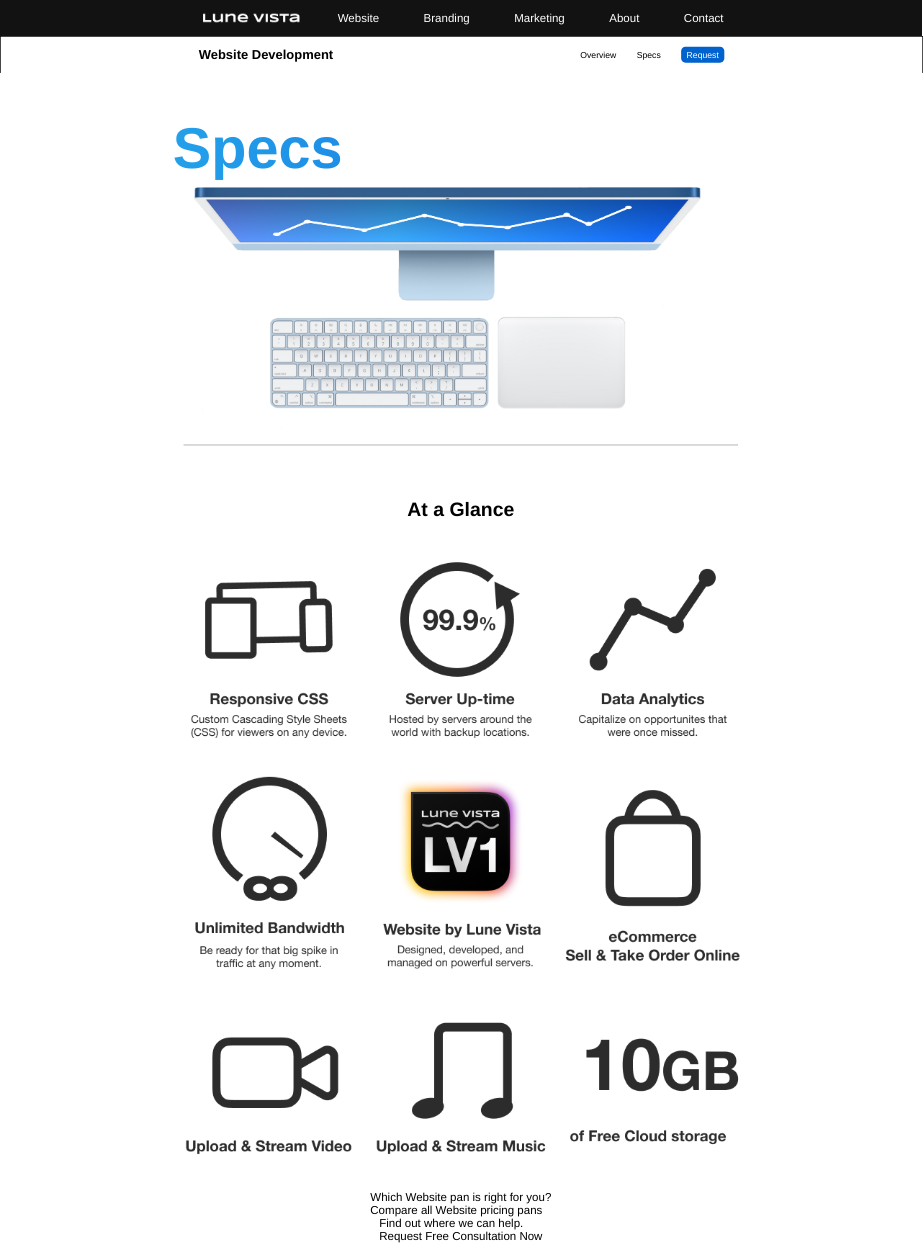
Repository: yoItsTyler/templates
Page: /specs
These files come from the project's save history. The page is drawn as it stood at one moment and after the next save; the edit follows.
The browser window is 1280 px wide. The page is 1282 px wide, so the pictures cover 1282 px, including what lies to the right of the window. The pictures show the whole page, at 72% of full size.
Some web fonts or font styles are not loaded; a fallback is used. The project was rebuilt for these pictures with package versions that can differ from the ones it lists, and the page was loaded fresh each time. Also part of the build but not shown: src/components/Home/styles.module.css, src/components/Navbar/styles.module.css, src/components/Navbar/Navbar.js, src/components/NavbarMobile/styles.module.css, src/components/NavbarMobile/NavbarMobile.js, src/components/Home/Home.js, src/components/Web/styles.module.css, src/components/Web/Web.js.

Above is the page before, as saved 2022-11-17 14:14:40.

After the next save:
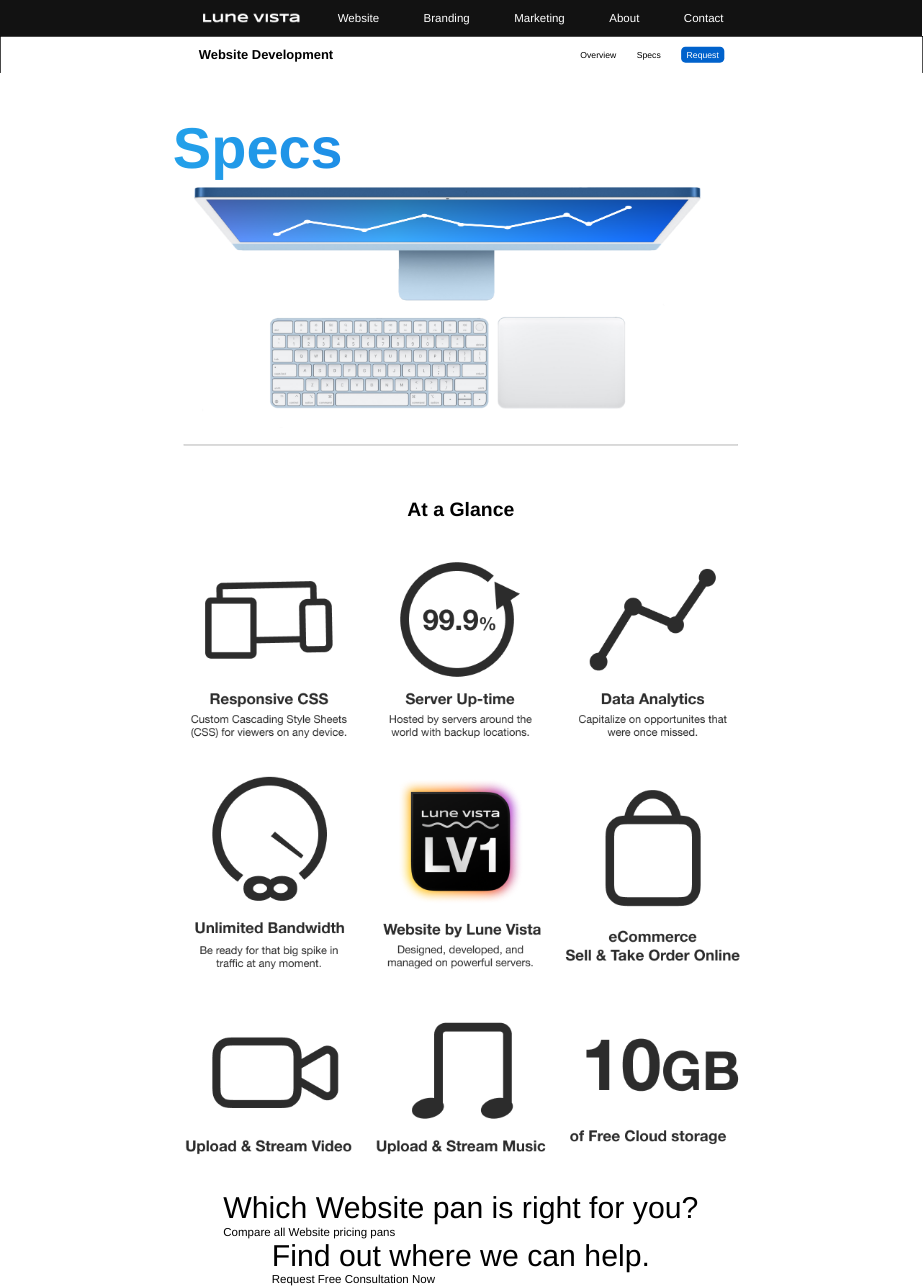
Saved 34 s later.
--- a/src/components/Specs/styles.module.css
+++ b/src/components/Specs/styles.module.css
@@ -73,3 +73,8 @@
 .iconCont{
   margin-bottom: 50px;
 }
+
+.txt{
+    font-weight: 400;
+    font-size: 42px;
+}
